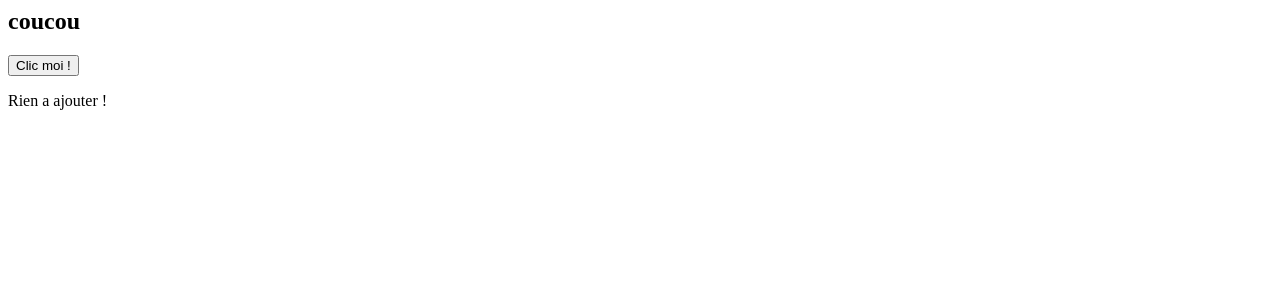
Repository: evalwebmeteofullstack/Gestion_meteo
Page: Notes/Exercices/static/test/Mon-1er-code.html
An editor plug-in stored every save of this project. The page is shown before and after the next save, followed by the edit.
The browser window is 1280 px wide. The pictures show the whole page.

Above is the page before, as saved 2019-01-30 13:48:09.

### Notes/Exercices/static/test/Mon-1er-code.html
<!DOCTYPE html5>
<html>
<head>
<meta charset="utf-8" />
<title>Mon 1er Script</title>
</head>

<body>
	<h2 id="montitre">Mon 1er script</h2>
	<!-- un embryon de formulaire avec déjà du code JS événementiel -->
	<input type="button" value="Clic moi !" onClick="alert('Hello');" />
	<p>Rien a ajouter !</p>
	<script src="test.js"></script>
</body>
</html>

### Notes/Exercices/static/test/test.js
alert("C'est mon 1er script");
document.getElementById("montitre").innerHTML = "coucou";

After the next save:
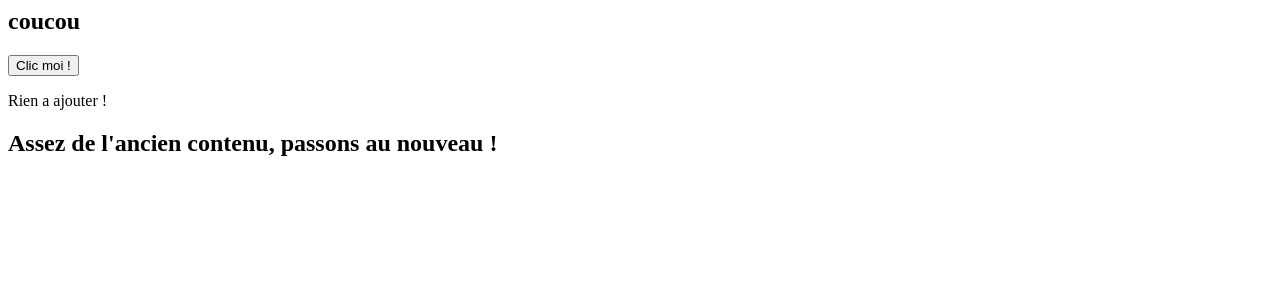
Saved 93 s later.
--- a/Notes/Exercices/static/test/test.js
+++ b/Notes/Exercices/static/test/test.js
@@ -1,2 +1,3 @@
 alert("C'est mon 1er script");
 document.getElementById("montitre").innerHTML = "coucou";
+document.write("<h2>Assez de l'ancien contenu, passons au nouveau !</h2>");
